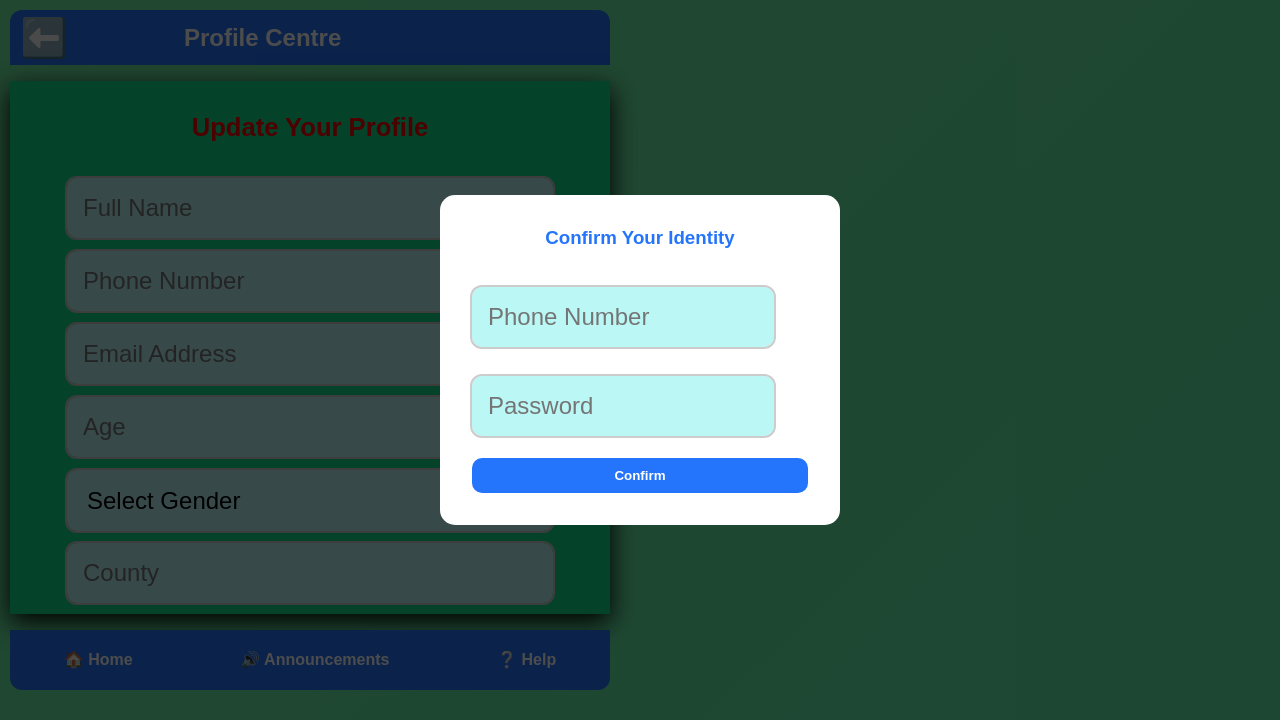
Repository: Amani-Kibet/express-app-web
Page: pages/profileCentre.html
An editor plug-in stored every save of this project. The page is shown before and after the next save, followed by the edit.
The browser window is 1280 px wide. The pictures show the whole page.
An inner scrolling area shows only its first screen.

Above is the page before, as saved 2025-10-08 17:06:54.

After the next save:
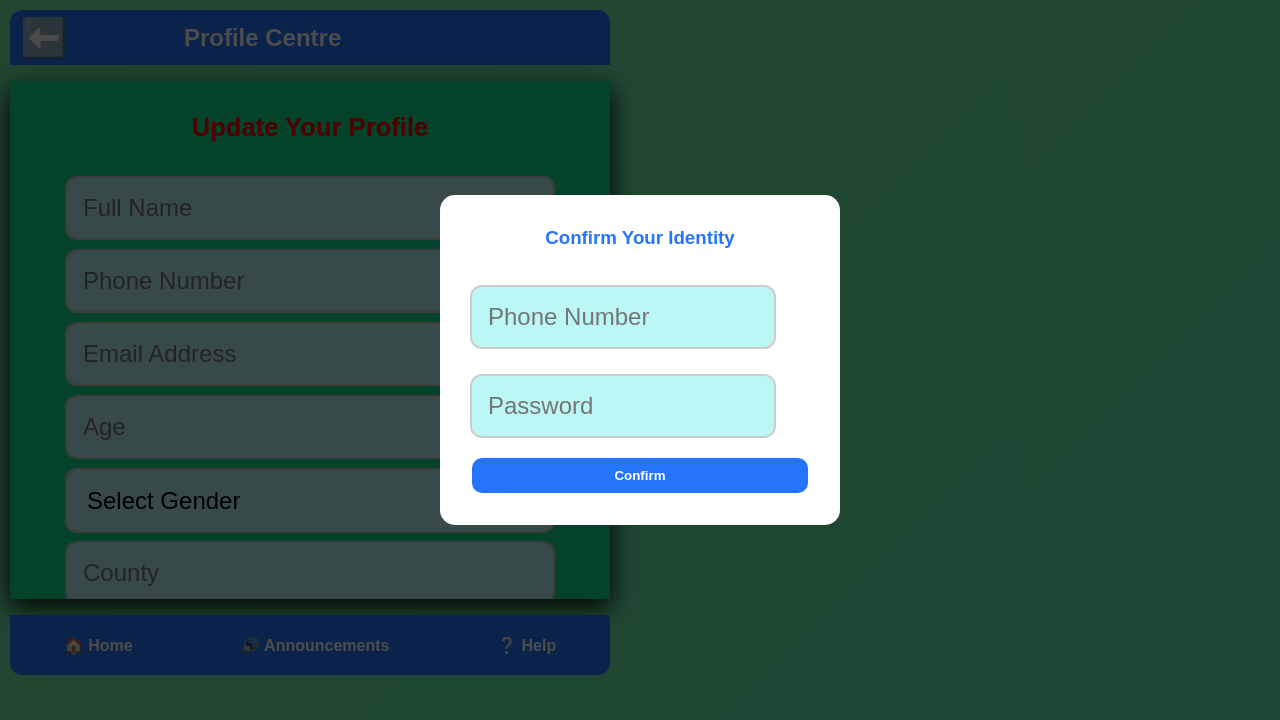
Saved 15 s later.
--- a/pages/profileCentre.html
+++ b/pages/profileCentre.html
@@ -28,7 +28,7 @@ body {
   max-width:600px;
   display:flex; flex-direction:column; align-items:center;
   flex:1; overflow-y:auto; padding:2rem 0; box-shadow:0 8px 25px black;
-  background: rgba(13, 221, 141, 0.95); max-height:74vh;
+  background: rgba(13, 221, 141, 0.95); max-height:72vh;
 }
 
 /* Form */
